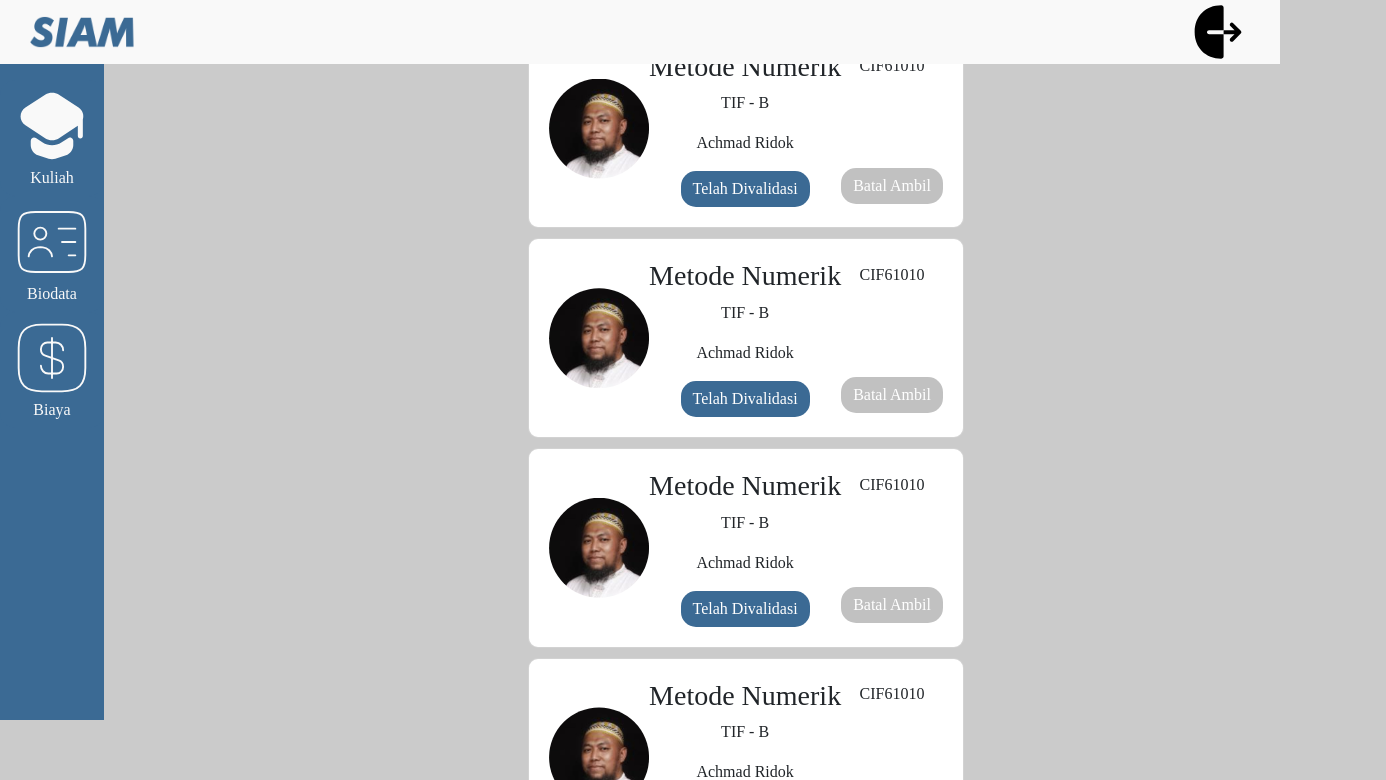
Repository: haikalirf/Project-IMK
Page: krs.html
An editor plug-in stored every save of this project. The page is shown before and after the next save, followed by the edit.
The browser window is 1280 px wide. The page is 1386 px wide, then 1280 px, so the pictures cover 1386 px, including what lies to the right of the window. The pictures show the whole page.
Some web fonts or font styles are not loaded; a fallback is used.

Above is the page before, as saved 2022-12-16 19:42:09.
Not found: scripts/.js

After the next save:
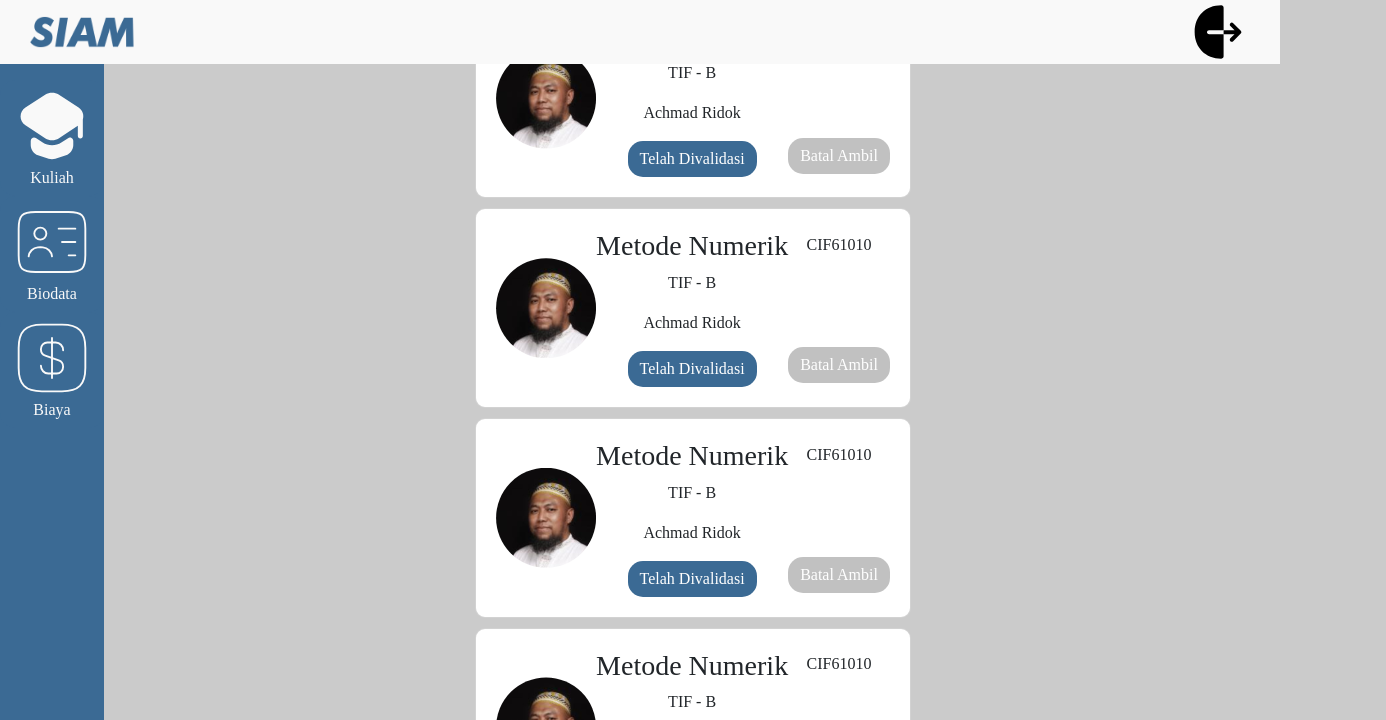
Saved 16 s later.
--- a/styles/krs.css
+++ b/styles/krs.css
@@ -67,17 +67,14 @@ body {
 }
 
 main {
-	position: absolute;
-	left: 106px;
-	top: 60px;
+	padding-top: 60px;
+	padding-left: 106px;
 	display: flex;
 	flex-direction: column;
 	justify-content: center;
 	align-items: center;
 	height: 100vh;
-	width: 100vw;
 	gap: 20px;
-	overflow: hidden;
 }
 
 #sidebar {
@@ -111,6 +108,7 @@ section {
 	width: 800px;
 	gap: 10px;
 	height: fit-content;
+	overflow: hidden;
 }
 
 .btn {
